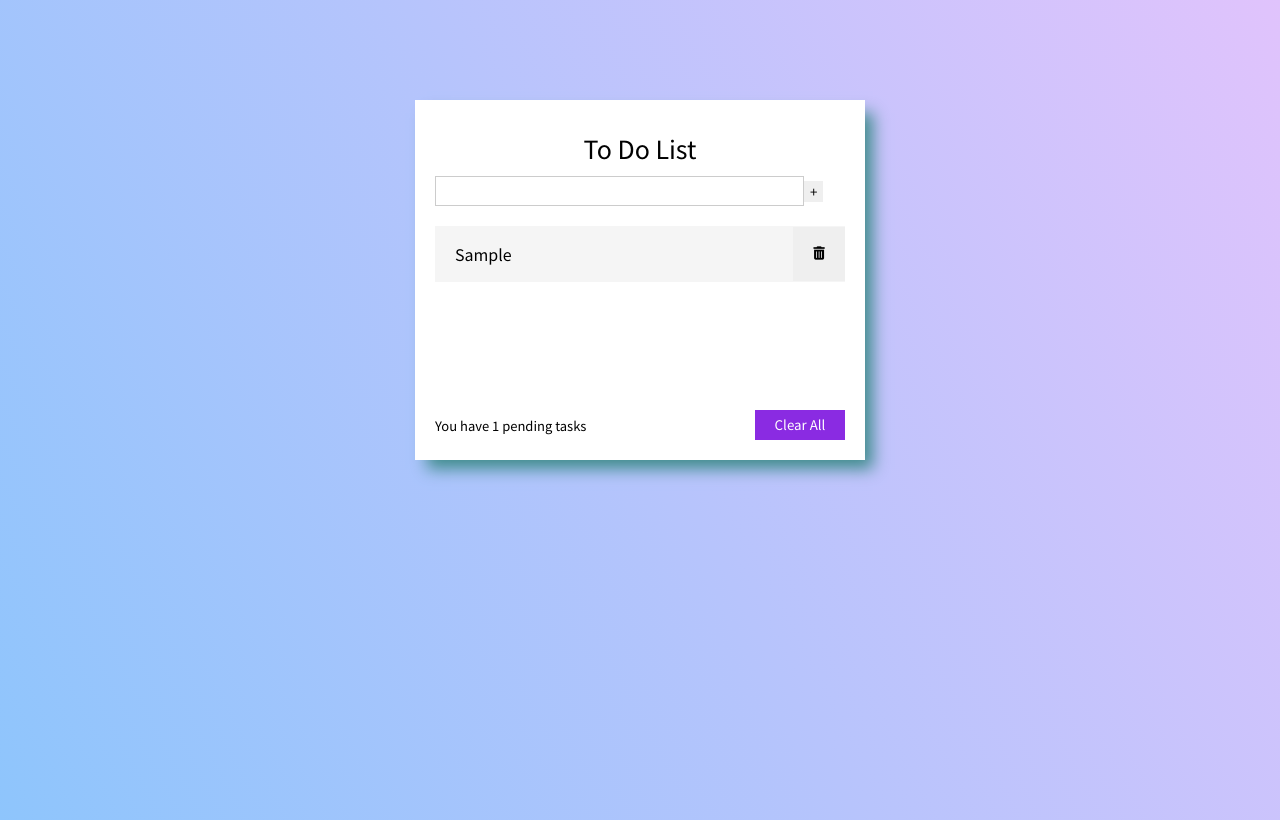
Repository: yangddoddi/Todo
Page: index.html
These files come from the project's save history. The page is drawn as it stood at one moment and after the next save; the edit follows.
The browser window is 1280 px wide. The pictures show the whole page.
Empty fields were first filled with sample values (such as "Sample", 5 or name@example.com).
After loading, the first visible `form.inputForm` was submitted once.
Some web fonts or font styles are not loaded; a fallback is used. Some web libraries are served in a nearby version. The style sheet was rebuilt from its Sass, Less or Tailwind sources for each picture, by a compiler version that may differ from the author's.

Above is the page before, as saved 2022-04-22 17:42:08.

After the next save:
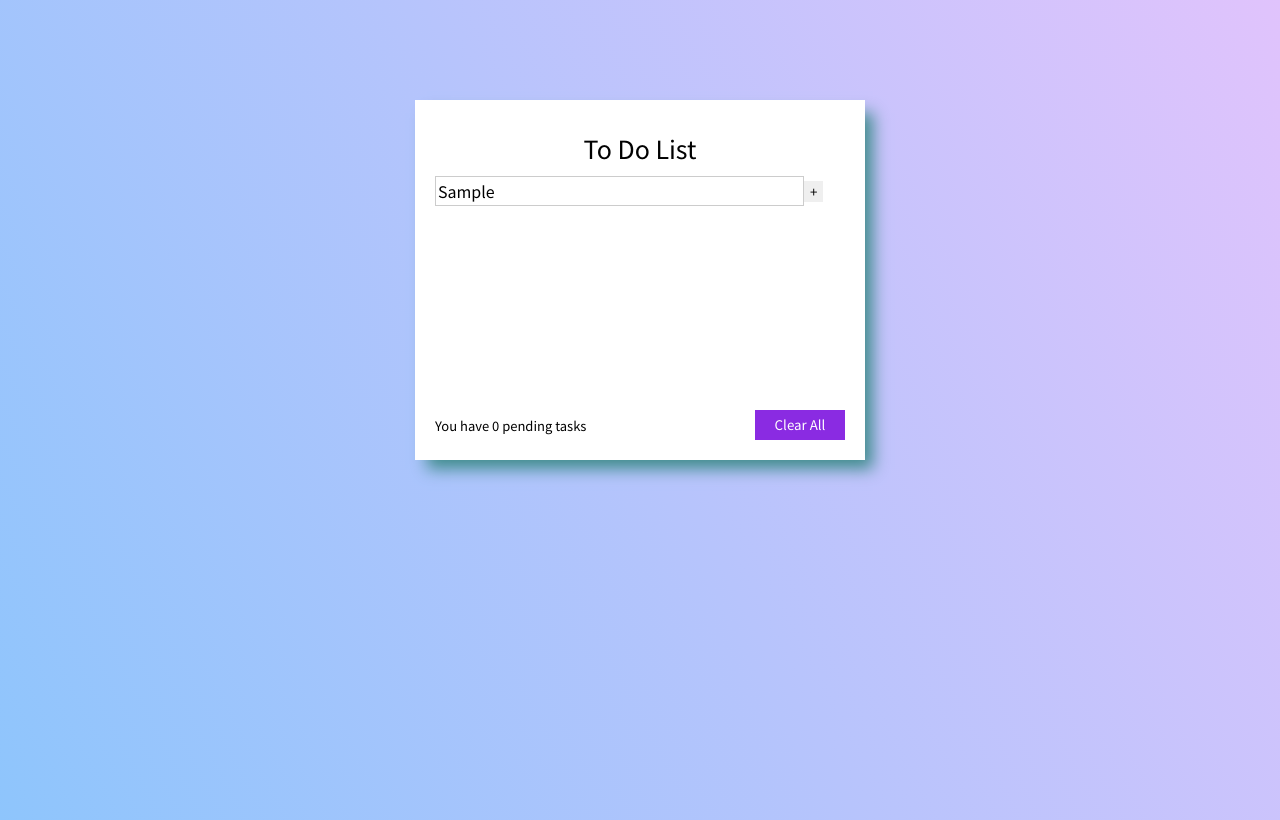
Console error: TypeError: Cannot read properties of undefined (reading 'calue')
Saved 10 s later.
--- a/main.js
+++ b/main.js
@@ -39,6 +39,7 @@
 
 function handleSubmit(e) {
   e.preventDefault();
+  console.textInput.calue;
   if (textInput.value == null) {
     return;
   }

After the 2 saves that followed:
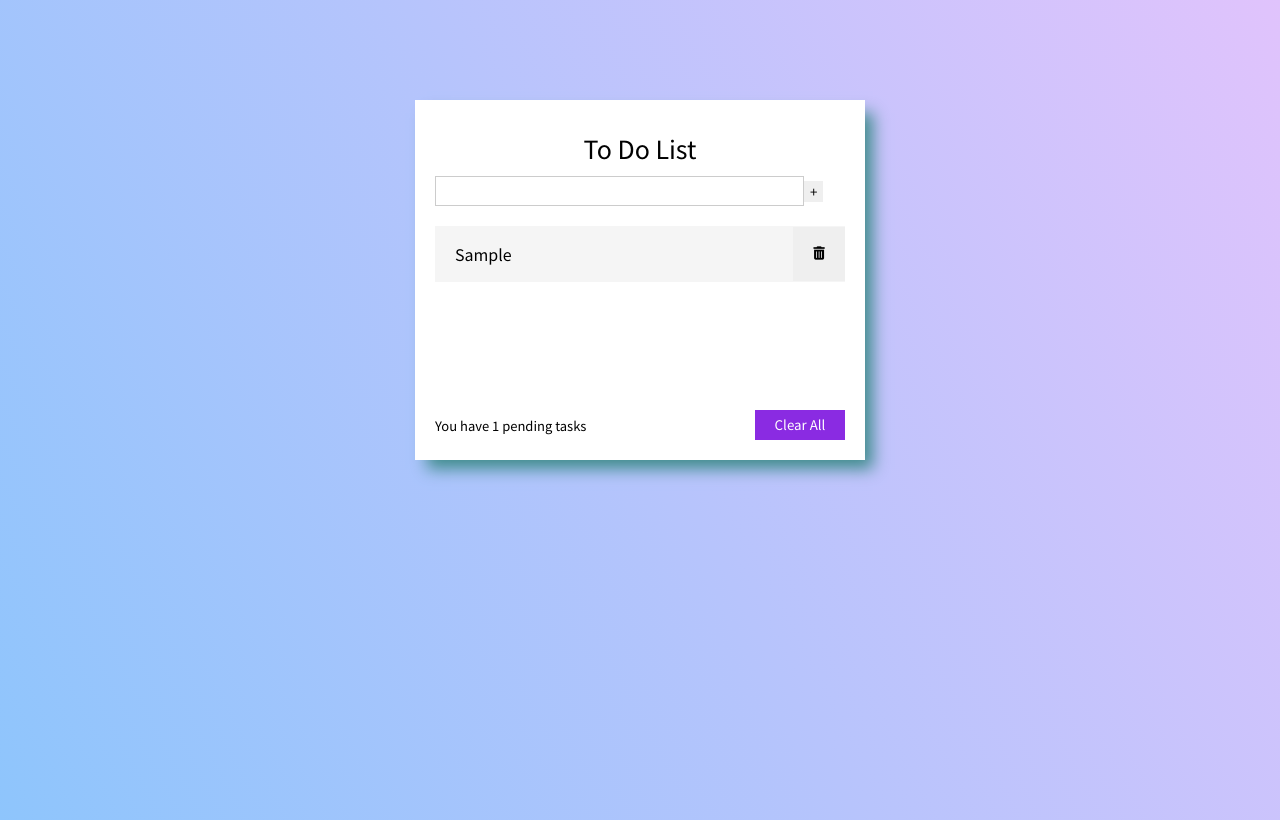
The error is gone.
The 2 saves are shown as one change because 1 left the picture as it was.
The last was saved 19 s later.
--- a/main.js
+++ b/main.js
@@ -39,7 +39,7 @@
 
 function handleSubmit(e) {
   e.preventDefault();
-  console.textInput.calue;
+  console.log(textInput.value);
   if (textInput.value == null) {
     return;
   }
